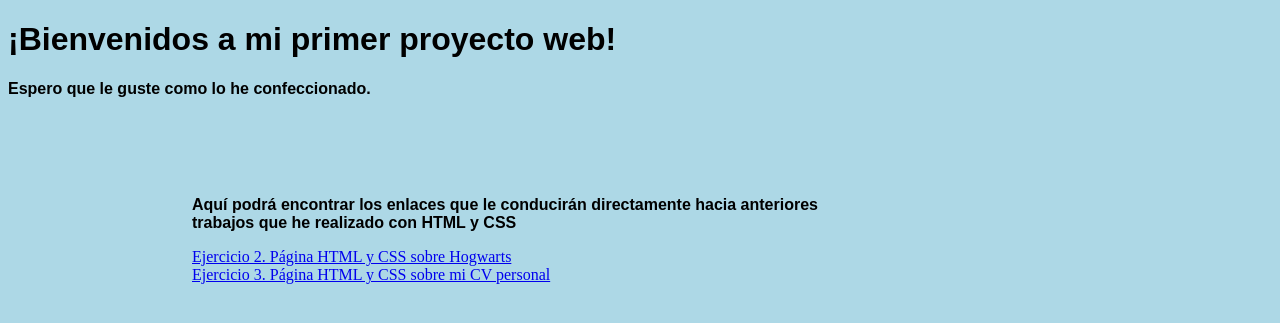
Repository: Pablosky971/Ejercicio-4.-Proyecto-Web
Page: http://localhost/Ejercicio4/
An editor plug-in stored every save of this project. The page is shown before and after the next save, followed by the edit.
The browser window is 1280 px wide. The pictures show the whole page.
The page is served by Tomcat 9.

Above is the page before, as saved 2022-03-09 12:45:01.

### Ejercicio4/src/main/webapp/index.html
<!DOCTYPE html>
<html>
<head>
<meta charset="UTF-8">
<title>Presentación</title>
<link rel="stylesheet" href="css/index.css">
</head>
<body>
	<header>
		<h1 class="titulo"> ¡Bienvenidos a mi primer proyecto web! </h1>
		<h3 class="subtitulo"> Espero que le guste como lo he confeccionado.</h3>

	</header>

	<main>

	<nav>
		<h3 class="navegacion"> Aquí podrá encontrar los enlaces que le conducirán directamente hacia anteriores trabajos que he realizado con HTML y CSS</h3>
		<a href="ejercicio2"> Ejercicio 2. Página HTML y CSS sobre Hogwarts</a>
		<a href="ejercicio3"> Ejercicio 3. Página HTML y CSS sobre mi CV personal</a>
	</nav>
	</main>

</body>
</html>

### Ejercicio4/src/main/webapp/css/index.css
body {
	background-color: lightblue;

}
h1.titulo {
	font-family: sans-serif;
	font-size: xx-large;

}

h3.subtitulo {
	font-family: sans-serif;
	font-size: medium;
}

h3.navegacion {
	font-family: sans-serif;
	font-size: medium;
}

nav {
	position: absolute;
	top: 25%;
	left: 15%;
	width: 50%;
	height: 50%;
	display: block;
}

a {
	display: block;
}

a:hover {
	color: green;

}

After the next save:
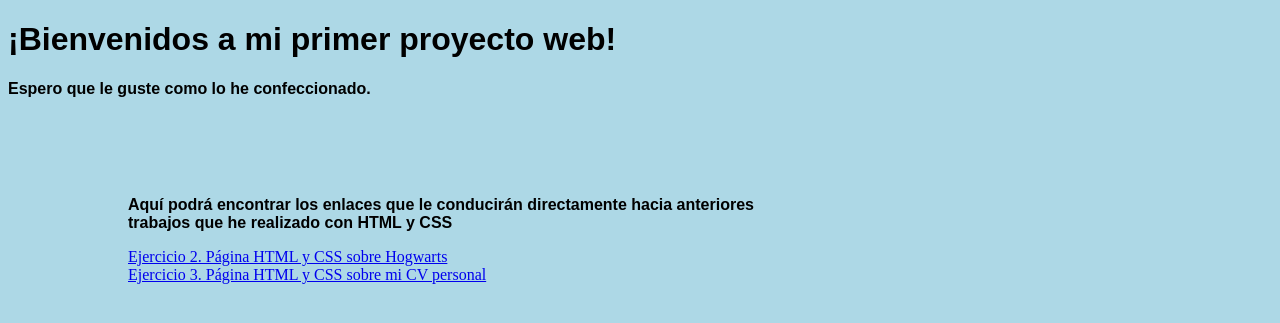
Saved 8 s later.
--- a/Ejercicio4/src/main/webapp/css/index.css
+++ b/Ejercicio4/src/main/webapp/css/index.css
@@ -21,7 +21,7 @@ h3.navegacion {
 nav {
 	position: absolute;
 	top: 25%;
-	left: 15%;
+	left: 10%;
 	width: 50%;
 	height: 50%;
 	display: block;
